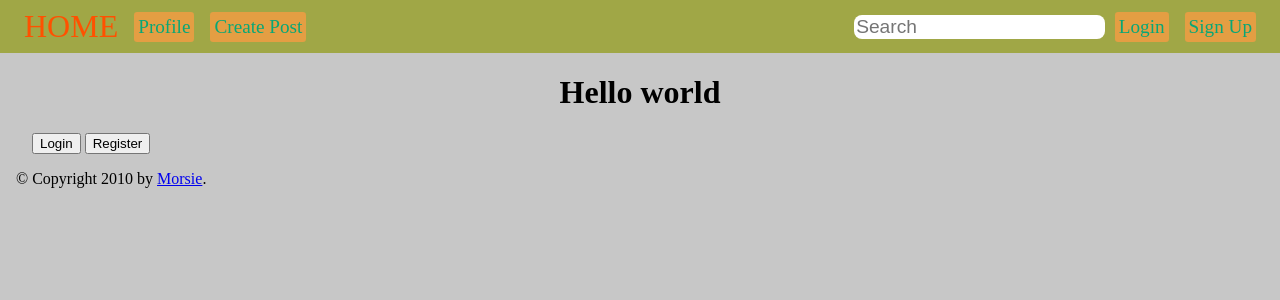
Repository: MorsChen/python-blog
Page: templates/home.html
The author's editor kept a copy of each file at every save. The page is drawn from the files as they stood at one save, then again after the next save.
The browser window is 1280 px wide. The pictures show the whole page.
The page is served by the project's application, run on Flask 3 (default.py). The template is opened directly, without the code that normally fills it, so the values that code supplies are empty.

Above is the page before, as saved 2019-09-09 17:10:34.

### templates/home.html
{% extends 'index.html' %}

{% block content %}
<h1 style="text-align:center"> Hello world </h1>

{% if not current_user.is_authenticated %}
{% for post in posts %}
<li> {{post.title}} || {{post.body}} || {{post.users.username}} || {{post.created}} || {{post.updated}}
</li>

{%endfor%}
<button type="button" onclick="window.location.href=`{{url_for('login')}}`"> Login</button>
<button type="button" onclick="window.location.href=`{{url_for('register')}}`"> Register</button>
{% else %}
<h3>{{current_user.username}}</h3>
{% for post in posts %}
<li> <a href="{{url_for('single_post', id = post.id)}}">{{post.title}}</a> || {{post.body}} || {{post.users.username}} || {{post.created}} || {{post.updated}}
    <button type='button' onclick = "window.location.href=`{{url_for('editpost', id = post.id)}}`">Edit Post</button>
    <button type='button' onclick = "window.location.href=`{{url_for('new_comment', id = post.id)}}`">Comment</button>
</li>
{%endfor%}
<button type="button" onclick="window.location.href=`{{url_for('newpost')}}`"> Create New Post</button>
<button type="button" onclick="window.location.href=`{{url_for('profile')}}`"> Profile</button>
<button type="button" onclick="window.location.href=`{{url_for('logout')}}`"> Log Out</button>
{% endif %}
{% endblock %}

### templates/index.html
<!doctype html>
<html id="  ">
  <head>
    {% block head %}
    <link rel="stylesheet" href="{{ url_for('static', filename='style.css') }}">
    <title>{% block title %}{% endblock %} - My Blog Webpage</title>
    {% endblock %}
  </head>
  <body>
      <nav class="NavBar">
        <div class="nav-box-content">
            <div class="nav-box1">
                <a class="a-nav" href="{{url_for('main')}}">HOME</a>
                <a class="btn" href="{{url_for('profile')}}">Profile</a>
                <a class="btn" href="{{url_for('newpost')}}">Create Post</a>
            </div>
            <div class="nav-box2">
                <input class="ip-nav" placeholder="Search" >
                <a class="btn" href="{{url_for('login')}}">Login</a>
                <a class="btn" href="{{url_for('register')}}">Sign Up</a>

            </div>
        </div>
      </nav>

      <div id="content">
          {% with messages = get_flashed_messages(with_categories=true) %}
          <!-- Categories: success (green), info (blue), warning (yellow), danger (red) -->
          {% if messages %}
            {% for category, message in messages %}
              <div class="alert alert-{{ category }} alert-dismissible" role="alert">
              <button type="button" class="close" data-dismiss="alert" aria-label="Close"><span aria-hidden="true">&times;</span></button>
              <!-- <strong>Title</strong> --> {{ message }}
              </div>
            {% endfor %}
          {% endif %}
        {% endwith %}

    <div id="content">{% block content %}{% endblock %}</div>
    <div id="footer">
      {% block footer %}
      &copy; Copyright 2010 by <a href="http://domain.invalid/">Morsie</a>.
      {% endblock %}
    </div>
  </body>
</html>

### default.py
import os
from flask import Flask, request, render_template, redirect, url_for, flash
from flask_migrate import Migrate
from flask_sqlalchemy import SQLAlchemy
from werkzeug.security import generate_password_hash, check_password_hash
from datetime import datetime
from flask_wtf import FlaskForm
from wtforms import StringField, SubmitField, PasswordField
from wtforms.validators import DataRequired, Email, EqualTo, ValidationError, Length
from flask_login import LoginManager, UserMixin, login_user, logout_user, current_user, login_required

#setting
app = Flask(__name__)
db = SQLAlchemy(app)
app.config['SECRET_KEY']="SUPERSECRET"

migrate = Migrate(app,db)

login_manager = LoginManager(app)
login_manager.init_app(app)
login_manager.login_view = 'login'


#setting connection
POSTGRES = {
    'user': "khoa",
    'pw': "zzz",
    'db': 'bloghehe',
    'host': "localhost",
    'port': 5432,
}
app.config['SQLALCHEMY_DATABASE_URI'] = 'postgresql://%(user)s:%(pw)s@%(host)s:\
%(port)s/%(db)s' % POSTGRES







#define models

class Users(UserMixin, db.Model):
  id = db.Column(db.Integer, primary_key=True)
  username = db.Column(db.String, nullable=False, unique=True)
  email = db.Column(db.String, nullable=False, unique=True)
  password = db.Column(db.String, nullable=False)
  posts = db.relationship("Posts", backref="users", lazy="dynamic")
  comments = db.relationship("Comments", backref="users", lazy="dynamic")

  def set_pass(self,passw):
    self.password =  generate_password_hash(passw)
  def check_pass(self,passw):
    return check_password_hash(self.password,passw)

class Posts(db.Model):
  id = db.Column(db.Integer, primary_key=True)
  title = db.Column(db.String, nullable=False)
  body = db.Column(db.String, nullable=False)
  created = db.Column(db.DateTime, nullable=False)
  updated = db.Column(db.DateTime)
  author =  db.Column(db.Integer, db.ForeignKey('users.id'), nullable=False)
  comments = db.relationship('Comments', backref="posts", lazy="dynamic")

class Comments(db.Model):
  id = db.Column(db.Integer, primary_key=True)
  body = db.Column(db.String, nullable=False)
  created = db.Column(db.DateTime, nullable=False)
  updated = db.Column(db.DateTime)
  author =  db.Column(db.Integer, db.ForeignKey('users.id'), nullable=False)
  post = db.Column(db.Integer, db.ForeignKey('posts.id'), nullable=False)

db.create_all()


@login_manager.user_loader
def load_user(user_id):
    return Users.query.get(user_id)



#define forms
class Register(FlaskForm):
  username = StringField("User Name", validators=[DataRequired("Please input your username"), Length(min=3, max=20, message="username must have at least 3 char and max 20 chars")])
  email = StringField("Email address", validators=[DataRequired(), Email("Please input an appropriate email address")])
  password = StringField("Password", validators=[DataRequired(), EqualTo("confirm")])
  confirm = StringField("Password", validators=[DataRequired()])
  submit = SubmitField("Register")

  def validate_username(self, field):
        if Users.query.filter_by(username=field.data).first() :
            raise ValidationError("Your username has been registered!!")
  def validate_email(self, field):
        if Users.query.filter_by(email=field.data).first() :
            raise ValidationError("Your email has been registered!!")


class Login(FlaskForm):
  email = StringField("Email address", validators=[DataRequired(), Email("Please input an appropriate email address")])
  password = PasswordField("Password", validators=[DataRequired()])
  submit = SubmitField("Login")

class NewPost(FlaskForm):
  title = StringField("Blog Title", validators=[DataRequired(), Length(min=3,max=255, message="min 3, max 255")])
  body = StringField("Content", validators=[DataRequired(), Length(min=3,max=10000, message="min 3, max 10000")])
  submit = SubmitField("Post")

class New_comment(FlaskForm):
  body = StringField("Comment content", validators=[DataRequired(), Length(min=3, max=1000, message="min 3, max 1000")])
  submit = SubmitField("Comment")

@app.route('/register', methods=['post','get'])
def register():
  form = Register()

  if request.method=="POST":
    if form.validate_on_submit():
      new_user = Users(username = form.username.data,
                        email = form.email.data,
                        )
      new_user.set_pass(form.password.data)
      db.session.add(new_user)
      db.session.commit()
      return redirect(url_for("home"))
    else:
      for field_name, errors in form.errors.items():
          flash(errors)
      return redirect((url_for('register')))
  return render_template('register.html', form = form)

@app.route('/login', methods=['post','get'])
def login():
  form = Login()
  if request.method == 'POST':
    check = Users.query.filter_by(email=form.email.data).first()
    if check :
      if check.check_pass(form.password.data):
        login_user(check)
        return redirect(url_for("home"))
    else:
      flash(["email address not exist"])
      return redirect(url_for('register'))
  return render_template('login.html', form = form)

@app.route('/logout')
@login_required
def logout():
  logout_user()
  return redirect(url_for('login'))

@app.route('/')
def home():
  posts = Posts.query.all()
  return render_template('index.html', posts = posts)


@app.route('/newpost', methods=['post', 'get'])
@login_required
def newpost():
  form = NewPost()
  if request.method == 'POST':
    new_post = Posts(title=form.title.data,
                    body=form.body.data,
                    created = datetime.now())
    current_user.posts.append(new_post)
    db.session.add(new_post)
    db.session.commit()
    return "ok"
  return render_template('newpost.html', form=form)

@app.route('/editpost/<id>', methods=['post','get'])
@login_required
def edit_post(id):
  form = NewPost()
  post = Posts.query.filter_by(id=id, author = current_user.id).first()
  if not post:
    flash([["you are not allowed to edit this post"]])
    return redirect(url_for("home"))
  else:
    if request.method == 'POST':
      post.title = form.title.data
      post.body = form.body.data
      post.updated = datetime.now()
      db.session.commit()
      return "ok"
      # return redirect(url_for('post'))
  return render_template('editpost.html', form = form )

@app.route('/delete_post/<id>', methods=['get'])
@login_required
def delete_post(id):
  post = Posts.query.filter_by(id=id, author=current_user.id).first()
  if post:
    db.session.delete(post)
    db.session.commit()
  else:
    flash(['You are not allowed to delete this post'])
  return redirect(url_for('home'))

@app.route('/single_post/<id>', methods=['get'])
def single_post(id):
  post = Posts.query.filter_by(id=id).first()  # 1 item
  comments = post.comments.all()  # a list
  return render_template('single_post.html', post = post, comments = comments)


@app.route('/posts/<id>/comments', methods=['POST','GET'])
def new_comment(id):
  form = New_comment()
  if request.method == 'POST':
    if form.validate_on_submit():
      post = Posts.query.filter_by(id=id).first()
      c = Comments(body=form.body.data,
                    created = datetime.now(),
                    # author = current_user.id,
                    )
      current_user.comments.append(c) # autho
      post.comments.append(c)      # post
      db.session.add(c)
      db.session.commit()
      return redirect(url_for('single_post', id=id))
    else:
      for field_name, errors in form.errors.items():
          flash(errors)
      return redirect((url_for('new_comment')))
  return render_template('new_comment.html', form = form)



@app.route('/khoa', methods=['get','options',"DELETE"])
def khoa():
  if request.method == "DELETE":
    return "KHOA IS COOL"
  return "NOPE"


if __name__ == "__main__":
  app.run(debug=True, port=5001)

### static/style.css
body{
    background-color: rgb(199, 199, 199);
    margin: 0;
}

.NavBar {
 background-color: rgb(255, 208, 0);
}

.nav-box-content{
    display: flex;
    position: sticky;
    /* margin: 0.5rem; */
    justify-content: space-between;
    top: 0;
    padding: 0 1rem 0 1rem;
    text-align: center;
    align-items: center;
    align-content: center;
    background-color: rgba(70, 128, 136, 0.514);
    /* opacity: 0.5; */
    font-size: 3rem;
}

.nav-box1 {
    display: flex;
    text-align: center;
    align-items: center;
    align-content: center;
}

.nav-box2 {
    display: flex;
    text-align: center;
    align-items: center;
    align-content: center;
}

.a-nav {
    text-decoration: none;
    font-size: 2rem;
    color: rgb(255, 81, 0);
    margin: 0.5rem;
}

.ip-nav{
    border: none;
    font-size: 1.2rem;
    border-radius: 0.5rem;
    text-justify: center;
    margin: 0.1rem;
    padding:0,1rem;
    text-align: left;
}

.btn {
    border: none;
    text-decoration: none;
    border-radius: 0.2rem;
    background-color: rgb(228, 158, 67);
    text-align: center;
    text-justify: center;
    padding: 0.25rem;
    margin: 0.5rem;
    color: rgb(8, 167, 119);
    font-size: 1.2rem;
}

#content {
    margin: 1rem;
}

After the next save:
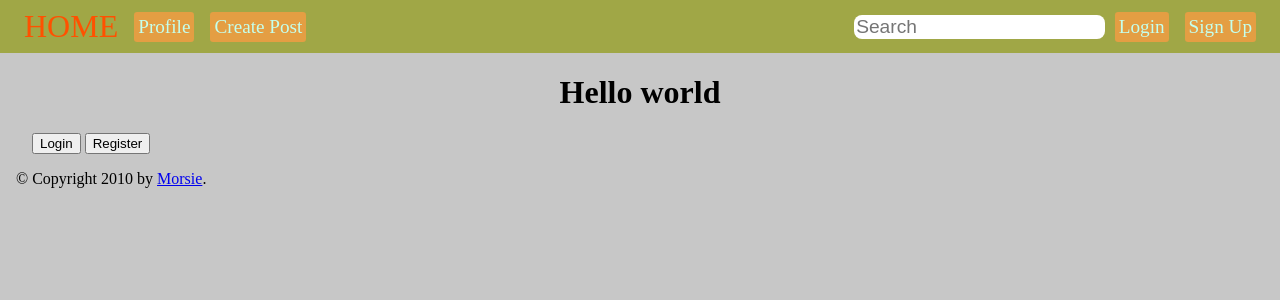
Saved 7 s later.
--- a/static/style.css
+++ b/static/style.css
@@ -62,7 +62,7 @@ body{
     text-justify: center;
     padding: 0.25rem;
     margin: 0.5rem;
-    color: rgb(8, 167, 119);
+    color: rgb(196, 255, 237);
     font-size: 1.2rem;
 }
 
